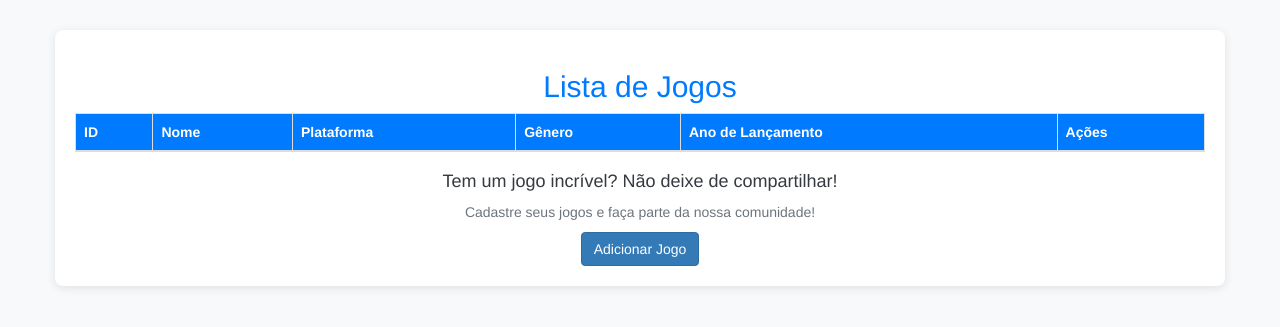
Repository: Tulio220/cadastroJogos
Page: http://localhost/aulaEly/trabalhoEly/cadastro/index.jsp
An editor plug-in stored every save of this project. The page is shown before and after the next save, followed by the edit.
The browser window is 1280 px wide. The pictures show the whole page.
The page is served by Tomcat 9. Queries for data that is not in the repository find no rows.

Above is the page before, as saved 2024-10-02 00:07:38.

After the next save:
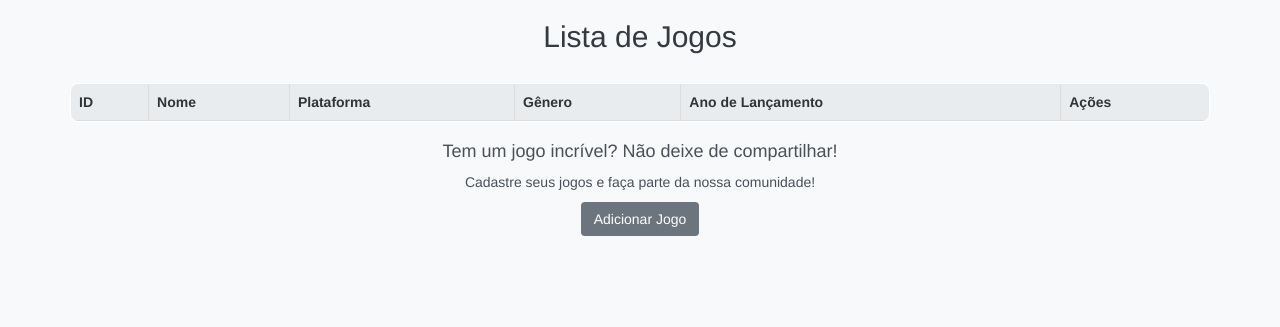
Saved 50 s later.
--- a/aulaEly/src/main/webapp/trabalhoEly/cadastro/index.jsp
+++ b/aulaEly/src/main/webapp/trabalhoEly/cadastro/index.jsp
@@ -10,35 +10,29 @@
     <link rel="stylesheet" href="https://maxcdn.bootstrapcdn.com/bootstrap/3.4.1/css/bootstrap.min.css">
     <style>
         body {
-            background-color: #f8f9fa;
-        }
-        .container {
-            margin-top: 30px;
-            border-radius: 8px;
-            box-shadow: 0 2px 10px rgba(0, 0, 0, 0.1);
-            background-color: white;
-            padding: 20px;
+            background-color: #f8f9fa; /* Fundo mais suave */
         }
         h2 {
-            color: #007bff;
+            color: #343a40; /* Cor do título mais suave */
+            margin-bottom: 30px;
         }
-        table th {
-            background-color: #007bff;
-            color: white;
+        .table {
+            background-color: #ffffff; /* Fundo da tabela */
+            border-radius: 8px; /* Bordas arredondadas */
+            overflow: hidden; /* Esconde bordas da tabela */
         }
-        .btn {
-            transition: background-color 0.3s, transform 0.3s;
+        th {
+            background-color: #e9ecef; /* Fundo mais claro para cabeçalho */
         }
-        .btn:hover {
-            background-color: #0056b3;
-            transform: translateY(-2px);
+        .btn-custom {
+            background-color: #6c757d; /* Cor personalizada para botões */
+            color: #ffffff; /* Cor do texto dos botões */
         }
-        .text-center h4 {
-            margin-top: 20px;
-            color: #343a40;
+        .btn-custom:hover {
+            background-color: #5a6268; /* Cor de hover mais escura */
         }
-        .text-center p {
-            color: #6c757d;
+        .text-center h4, .text-center p {
+            color: #495057; /* Cor do texto mais suave */
         }
     </style>
 </head>
@@ -103,7 +97,7 @@
         <div class="text-center">
             <h4>Tem um jogo incrível? Não deixe de compartilhar!</h4>
             <p>Cadastre seus jogos e faça parte da nossa comunidade!</p>
-            <a href="add_jogo.jsp?id=0" class="btn btn-primary">Adicionar Jogo</a>
+            <a href="add_jogo.jsp?id=0" class="btn btn-custom">Adicionar Jogo</a>
         </div>
     </div>
 
